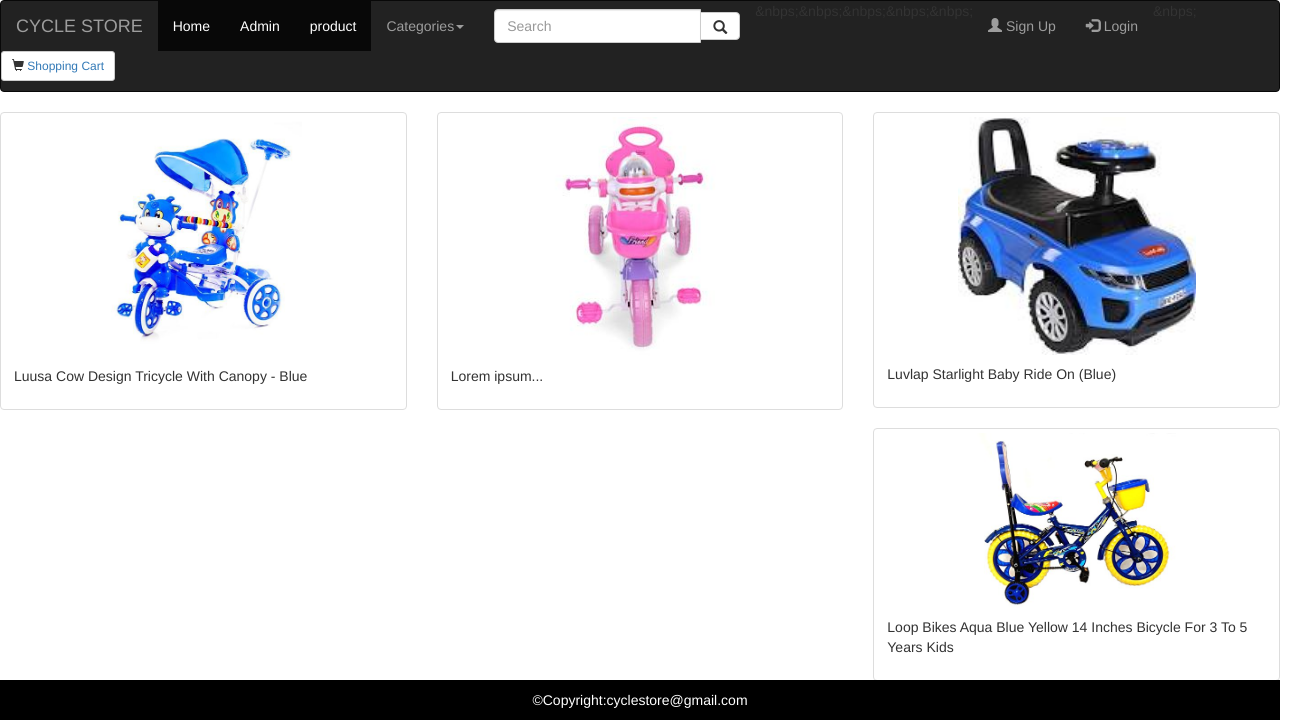
Repository: SumiyaSulaiman/project1
Page: http://localhost/cycle/kids.jsp
An editor plug-in stored every save of this project. The page is shown before and after the next save, followed by the edit.
The browser window is 1280 px wide. The page is 1295 px wide, so the pictures cover 1295 px, including what lies to the right of the window. The pictures show the whole page.
Some web libraries are served in a nearby version. The page is served by Tomcat 9. Nobody is signed in. The application's start-up code is not run. Other server files are loaded and not shown.

Above is the page before, as saved 2017-12-21 17:45:15.

### project/cycle/src/main/webapp/kids.jsp
<%@ page language="java" contentType="text/html; charset=ISO-8859-1"
    pageEncoding="ISO-8859-1"%>
<!DOCTYPE html PUBLIC "-//W3C//DTD HTML 4.01 Transitional//EN" "http://www.w3.org/TR/html4/loose.dtd">
<html>
<head>
<meta http-equiv="Content-Type" content="text/html; charset=ISO-8859-1">
<style>

.row.flex{display:inline-flex;  width:100%;}
img{width:50%;height=auto;}
</style>
</head>
<body>

<jsp:include page="header.jsp"></jsp:include>

<div class="row">
  <div class="col-md-4">
    <div class="thumbnail">
      <a href="./resources/baby1.jpg">
        <img src="./resources/baby1.jpg" >
        <div class="caption">
          <p>Luusa Cow Design Tricycle With Canopy - Blue</p>
        </div>
      </a>
    </div>
  </div>
  <div class="col-md-4">
    <div class="thumbnail" >
      <a href="./resources/baby2.jpg">
        <img src="./resources/baby2.jpg" >
        <div class="caption">
          <p>Lorem ipsum...</p>
        </div>
      </a>
    </div>
  </div>
  <div class="col-md-4">
    <div class="thumbnail">
      <a href="./resources/baby3.jpg">
        <img src="./resources/baby3.jpg" style="width:60%;">
        <div class="caption">
          <p>Luvlap Starlight Baby Ride On (Blue)</p>
        </div>
      </a>
    </div>
  </div>
  <div class="col-md-4">
    <div class="thumbnail"style="width=50%;height=10%;">
      <a href="./resources/baby4.jpg">
        <img src="./resources/baby4.jpg">
        <div class="caption">
          <p>Loop Bikes Aqua Blue Yellow 14 Inches Bicycle For 3 To 5 Years Kids</p>
        </div>
      </a>
    </div>
  </div>

</div>




<jsp:include page="footer.jsp"></jsp:include>

</body>
</html>

### project/cycle/src/main/webapp/header.jsp
 <%@ page language="java" contentType="text/html; charset=ISO-8859-1"
    pageEncoding="ISO-8859-1"%>
<!DOCTYPE html PUBLIC "-//W3C//DTD HTML 4.01 Transitional//EN" "http://www.w3.org/TR/html4/loose.dtd">
<html>
<head>
<meta charset="utf-8">
  <meta http-equiv="X-UA-Compatible" content="IE=edge">
  <meta name="description" content="">
  <meta name="viewport" content="width=device-width, initial-scale=1">
  <link rel="stylesheet" href="https://maxcdn.bootstrapcdn.com/bootstrap/3.3.7/css/bootstrap.min.css">
  <script src="https://ajax.googleapis.com/ajax/libs/jquery/3.2.0/jquery.min.js"></script>
  <script src="https://maxcdn.bootstrapcdn.com/bootstrap/3.3.7/js/bootstrap.min.js"></script>

</head>
<body>

<nav class="navbar navbar-inverse" >

    <div class="navbar-header">
      <a class="navbar-brand" href="#">CYCLE STORE</a>
    </div>
    <ul class="nav navbar-nav">
      <li class="active"><a href="index.jsp">Home</a></li>
      <li class="active"><a href="">Admin</a></li>
      <li class="active"><a href="">product</a></li>
      <li class="dropdown"><a class="dropdown-toggle" data-toggle="dropdown" href="Category">Categories<span class="caret"></span></a>
        <ul class="dropdown-menu">
          <li><a href="kids.jsp">KIDS</a> </li>
          <li><a href="women.jsp">WOMEN</a></li>
          <li><a href="men.jsp">MEN</a></li>
          <li>
          <%--  <c:forEach items="${clist }" var="c">
          <li><a href="#">${c.catName}</a></li>
          </c:forEach> --%>
        </ul>
      </li>


    <form class="navbar-form navbar-left">
      <div class="input-group">
        <input type="text" class="form-control" placeholder="Search">
        <div class="input-group-btn">
          <button class="btn btn-default" type="submit">
            <i class="glyphicon glyphicon-search"></i>
          </button>
        </div>
      </div>
    </form>


      <li>&nbps;&nbps;&nbps;&nbps;&nbps;</li>
      <li><a href="registration.jsp"><span class="glyphicon glyphicon-user"></span> Sign Up</a></li>
      <li> <a href="login.jsp"><span class="glyphicon glyphicon-log-in"></span> Login</a></li>
      <li>&nbps;</li>
    </ul>
       <p></p>
       <p>
        <button type="button" class="btn btn-default btn-sm">
          <span class="glyphicon glyphicon-shopping-cart"></span><a href="shoppingcart.jsp"> Shopping Cart</a>
        </button>
      </p>

</nav>

<style>
#ntext{
 color: #000000;
  }
</style>

</body>
</html>

### project/cycle/src/main/webapp/footer.jsp
<%@ page language="java" contentType="text/html; charset=ISO-8859-1"
    pageEncoding="ISO-8859-1"%>
<!DOCTYPE html PUBLIC "-//W3C//DTD HTML 4.01 Transitional//EN" "http://www.w3.org/TR/html4/loose.dtd">
<html>
<head>
<meta http-equiv="Content-Type" content="text/html; charset=ISO-8859-1">
<title>Insert title here</title>
</head>
<body>

<style>
.footer {
    position: fixed;
    left: 0;
    bottom: 0;
    width: 100%;
    background-color: black;
    color: white;
    text-align: center;
}
</style>

<div class="footer">
	<p></p>
  <p>©Copyright:cyclestore@gmail.com</p>
</div>

</body>
</html>

After the next save:
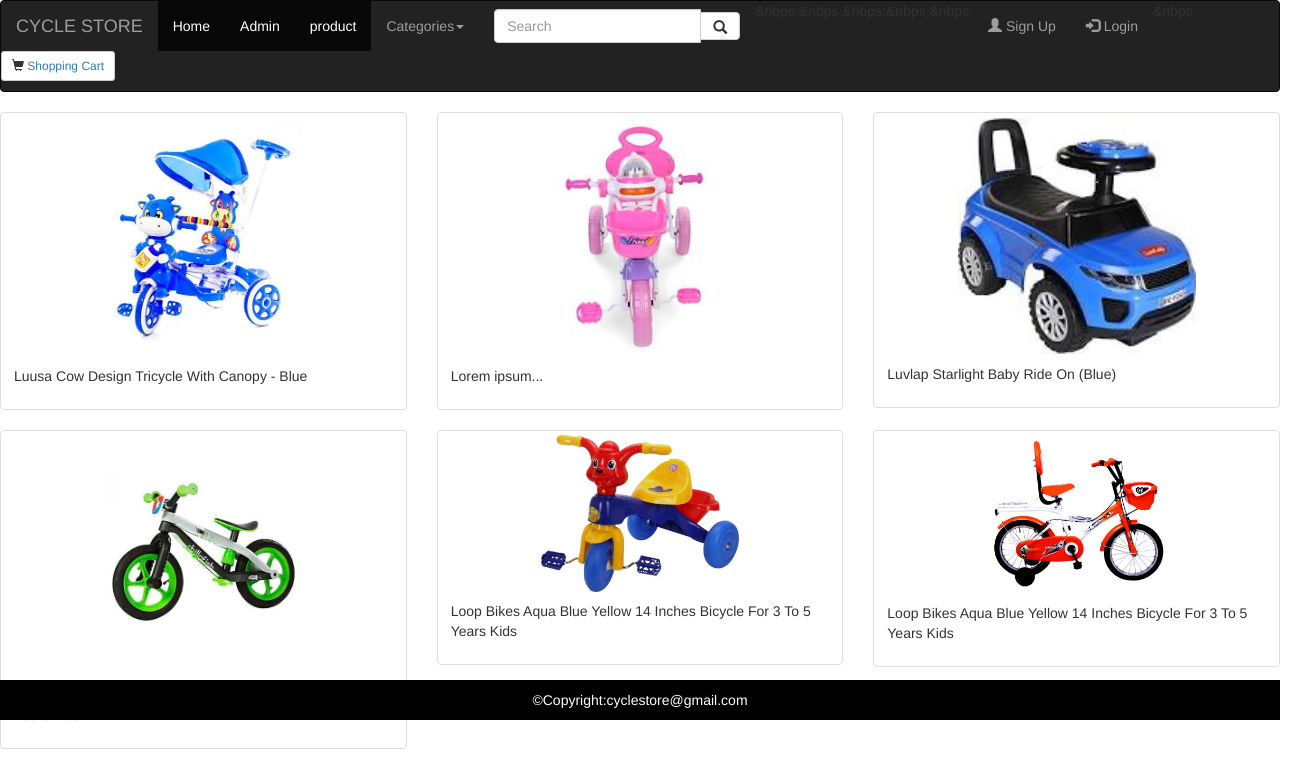
Saved 3 min 11 s later.
--- a/project/cycle/src/main/webapp/kids.jsp
+++ b/project/cycle/src/main/webapp/kids.jsp
@@ -45,10 +45,33 @@
       </a>
     </div>
   </div>
+</div>
+<div class="row">
   <div class="col-md-4">
     <div class="thumbnail"style="width=50%;height=10%;">
-      <a href="./resources/baby4.jpg">
-        <img src="./resources/baby4.jpg">
+      <a href="./resources/kid1.jpg">
+        <img src="./resources/kid1.jpg">
+        <div class="caption">
+          <p>Loop Bikes Aqua Blue Yellow 14 Inches Bicycle For 3 To 5 Years Kids</p>
+        </div>
+      </a>
+    </div>
+  </div>
+	<div class="col-md-4">
+    <div class="thumbnail"style="width=50%;height=10%;">
+      <a href="./resources/baby5.jpg">
+        <img src="./resources/baby5.jpg">
+        <div class="caption">
+          <p>Loop Bikes Aqua Blue Yellow 14 Inches Bicycle For 3 To 5 Years Kids</p>
+        </div>
+      </a>
+    </div>
+  </div>
+
+	<div class="col-md-4">
+    <div class="thumbnail"style="width=50%;height=10%;">
+      <a href="./resources/kid2.jpg">
+        <img src="./resources/kid2.jpg">
         <div class="caption">
           <p>Loop Bikes Aqua Blue Yellow 14 Inches Bicycle For 3 To 5 Years Kids</p>
         </div>
@@ -60,7 +83,6 @@
 
 
 
-
 <jsp:include page="footer.jsp"></jsp:include>
 
 </body>
